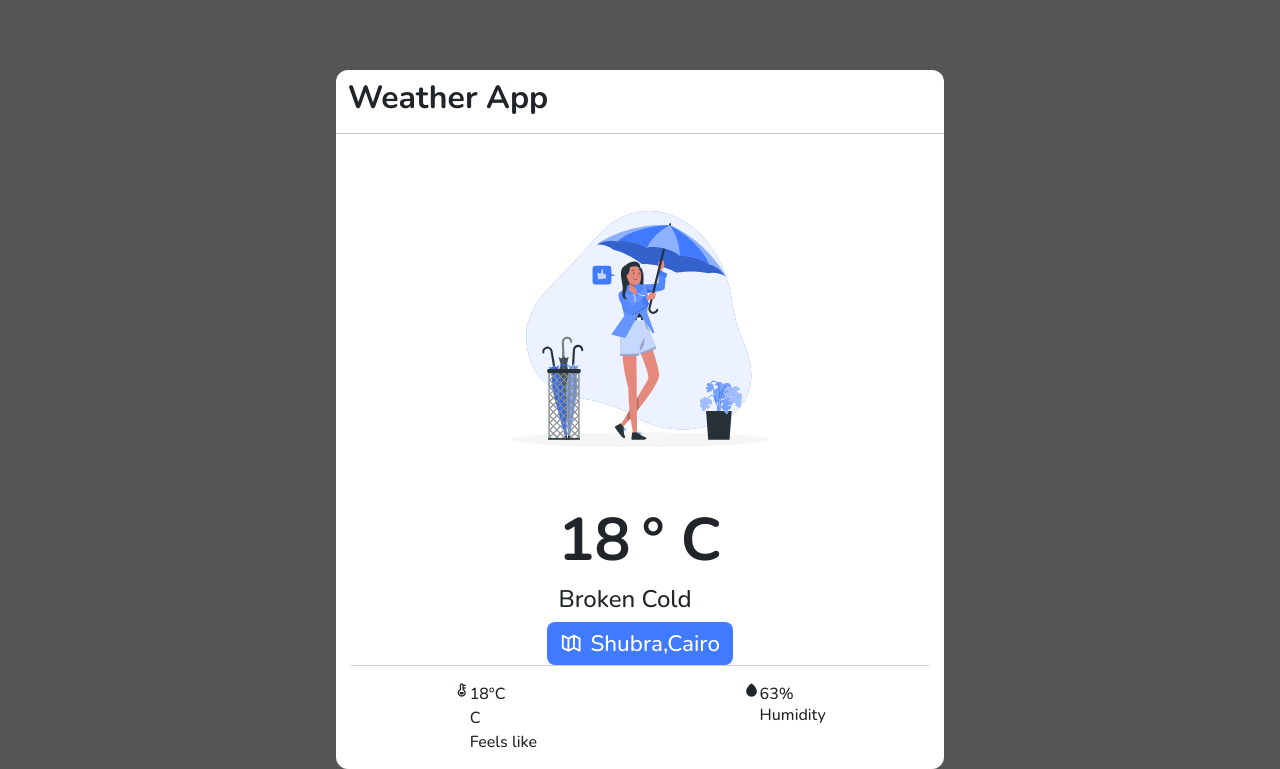
Repository: youssef168/Weather-App
Page: index.htm
These files come from the project's save history. The page is drawn as it stood at one moment and after the next save; the edit follows.
The browser window is 1280 px wide. The pictures show the whole page.

Above is the page before, as saved 2021-12-28 20:48:06.

### index.htm
<!DOCTYPE html>
<html lang="en">
<head>
    <meta charset="UTF-8">
    <meta http-equiv="X-UA-Compatible" content="IE=edge">
    <meta name="viewport" content="width=device-width, initial-scale=1.0">
    <link href="https://cdn.jsdelivr.net/npm/bootstrap@5.1.3/dist/css/bootstrap.min.css" rel="stylesheet" integrity="sha384-1BmE4kWBq78iYhFldvKuhfTAU6auU8tT94WrHftjDbrCEXSU1oBoqyl2QvZ6jIW3" crossorigin="anonymous">
    <link rel="preconnect" href="https://fonts.googleapis.com">
    <link rel="preconnect" href="https://fonts.gstatic.com" crossorigin>
    <link href="https://fonts.googleapis.com/css2?family=Nunito:ital,wght@0,300;0,500;0,600;0,700;0,900;1,200;1,300;1,400;1,500;1,700&family=Work+Sans:ital,wght@1,400;1,600&display=swap" rel="stylesheet">
    <link rel="stylesheet" href="./style.css">
    <link href='https://unpkg.com/boxicons@2.1.1/css/boxicons.min.css' rel='stylesheet'>

    <title>Document</title>
</head>
<body>
    <div class="container">
        <div class='row super'>
            <h2>Weather App</h2>
            <hr>
          <div class='col'>
              <div class="wearher-img">
                  <img class="w-100" src="./Umbrella-rafiki.svg" alt="">
              </div>
              <div class="weather-details">
                  <span class="degree">18</span>
                  <span class="sign">°</span>
                  <span class="sign-2">
                    C
                  </span>
                  <h4>Broken Cold</h4>
              </div>
              <div class="location">
                <i class='bx bx-map-alt'></i>
                <span>Shubra,Cairo</span>
              </div>
              <div class="detail-box">
                  <div class="column fellLike">
                      <i class='bx bxs-thermometer'></i>
                      <div class="innerFeild "></
                        <span class="degree-2">18°C</span>
                        <span class="sign-2">
                          C
                        </span>
                        <div>Feels like</div>
                    </div>
                  </div>
                  <div class="column Humidity">
                    <i class='bx bxs-droplet'></i>
                    <div class="innerFeild">
                        <span class="degree-2">
                            63%</span>
                            <h6>Humidity</h6>
                    </div>
                  </div>
              </div>
          </div>
    </div>

    <script src="./script.js"></script>
    <script src="https://cdn.jsdelivr.net/npm/bootstrap@5.1.3/dist/js/bootstrap.bundle.min.js" integrity="sha384-ka7Sk0Gln4gmtz2MlQnikT1wXgYsOg+OMhuP+IlRH9sENBO0LRn5q+8nbTov4+1p" crossorigin="anonymous"></script>
</body>
</html>

### style.css
/* Start Global Rules */
body {
    font-family: 'Nunito', sans-serif;
    background: #555

}



.super {
    margin: auto;
    margin-top: 70px;
    width: fit-content;
    background: #fff;
    border-radius: 12px;
    /* background-image: url('./blob.svg');
    background-repeat: no-repeat;
    background-size: covere; */
}

/* end Global Rules */

h2 {
    font-weight: bold !important;
    /* font-size: 3.6rem !important; */
    line-height: 55px ;
}

.container {
    padding: 0;
}

.wearher-img {
    width: 330px;
}

.col {
    padding: 15px;
    display: flex !important;
    flex-direction: column;
    justify-content: center;
    align-items: center;
}

.weather-details {
    font-size: 60px;
    font-weight: bold;
}

.sign {
    margin-left: -5px;
}

.weatherStatus {
    font-weight: bolder;
    font-size: 1.8rem;
    text-align: center;
}

.location {
    font-size: 1.4rem;
    display: flex;
    align-items: center;
    background-color: #407BFF;
    padding: 5px 13px;
    color: #fff;
    border-radius: 8px;
    justify-content:center;
}

.location .bx-map-alt {
    margin-right: 8px;
}

.detail-box {
    display: flex;
    border-top: 1px solid #ccc;
    width: 100%;
    justify-content: space-between;
}

.detail-box .column {
    width: 100%;
    display: flex;
    justify-content: center;
    padding: 16px 0 0;
}

.innerFeild {
    display: flex;
    flex-direction: column;
}

Loaded but not shown: script.js (no copy from this time; the picture is the same without it)

After the next save:
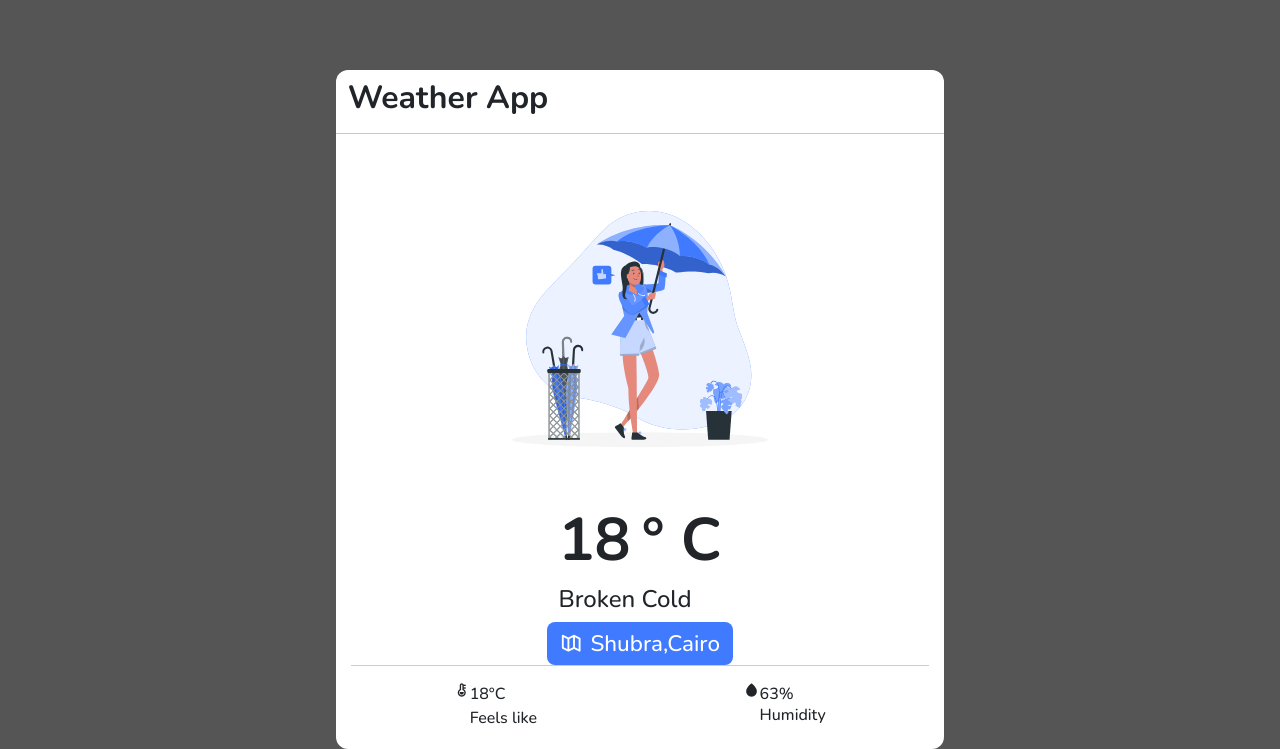
Saved 5 s later.
--- a/index.htm
+++ b/index.htm
@@ -39,9 +39,7 @@
                       <i class='bx bxs-thermometer'></i>
                       <div class="innerFeild "></
                         <span class="degree-2">18°C</span>
-                        <span class="sign-2">
-                          C
-                        </span>
+
                         <div>Feels like</div>
                     </div>
                   </div>
